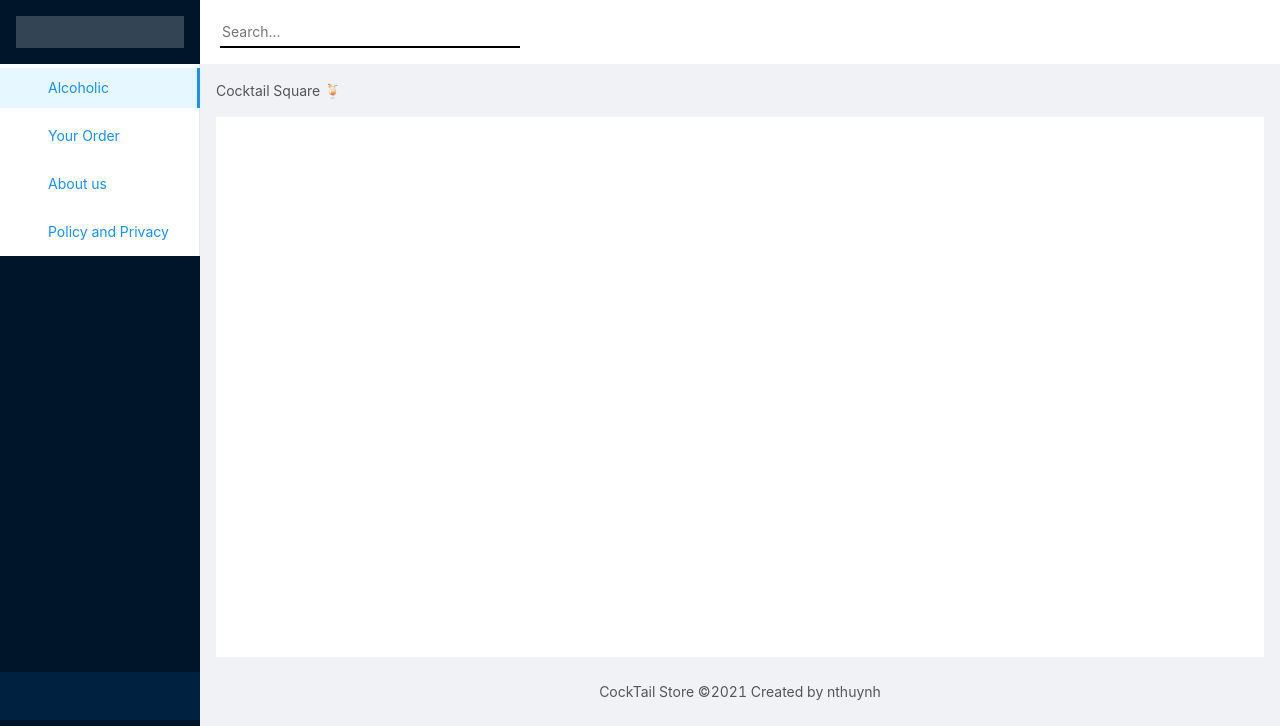
Repository: huynhnt1406/cocktail
Page: /
An editor plug-in stored every save of this project. The page is shown before and after a run of saves, followed by the edit.
The browser window is 1280 px wide. The pictures show the whole page.
The page's requests for data from a server got no answer. The project was rebuilt for these pictures with package versions that can differ from the ones it lists, and the page was loaded fresh each time. No one was signed in, and anything a server would have sent is missing. Also part of the build but not shown: src/components/DetailPage.vue, src/components/Order.vue, src/components/AboutUs.vue, src/components/PolicyandPrivacy.vue.

Above is the page before, as saved 2021-05-07 03:02:19.

After the next 2 saves:
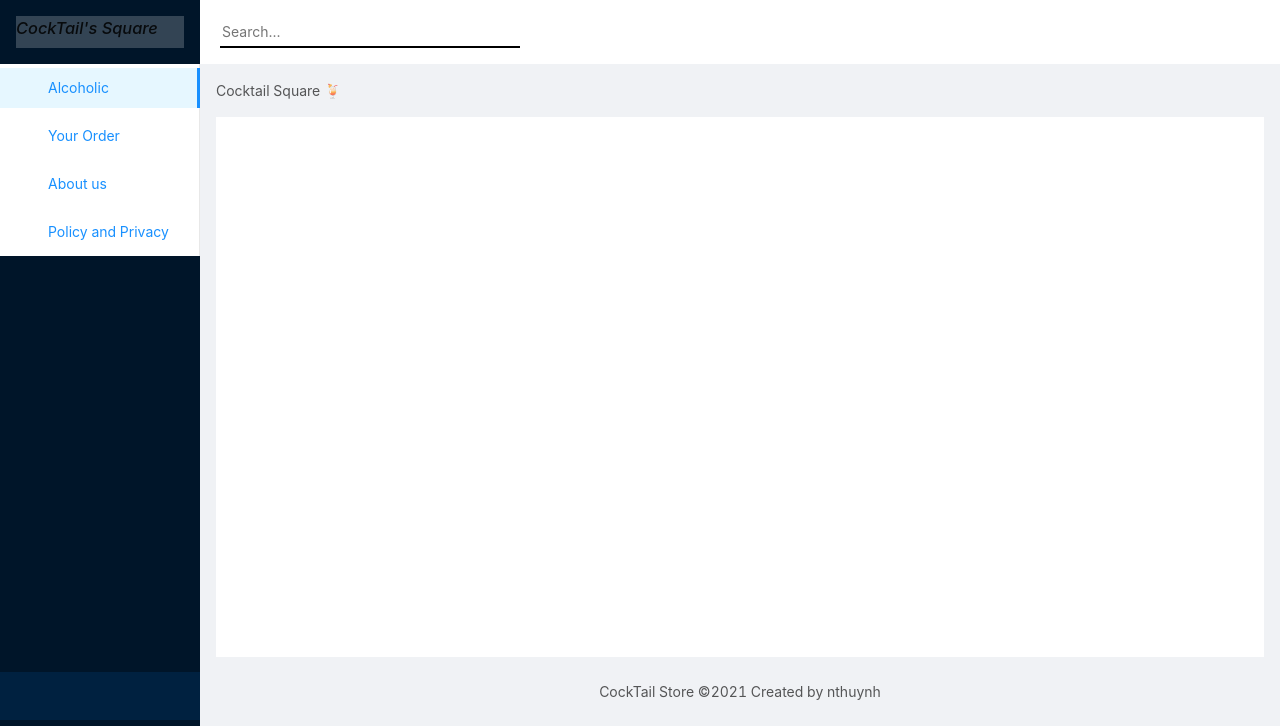
The 2 saves are shown as one change because they came seconds apart.
The last was saved 5 min 33 s later.
--- a/src/App.vue
+++ b/src/App.vue
@@ -1,7 +1,9 @@
 <template>
   <a-layout id="components-layout-demo-side" theme="light"  style="min-height: 100vh">
     <a-layout-sider v-model="collapsed" collapsible>
-      <div class="logo" />
+      <div class="logo" >
+        <h3><i class="fas fa-cocktail ">CockTail's Square</i></h3>
+      </div>
       <a-menu theme="light" :default-selected-keys="['1']" mode="inline">
         <a-menu-item key="1">
           <a-icon type="menu" />
